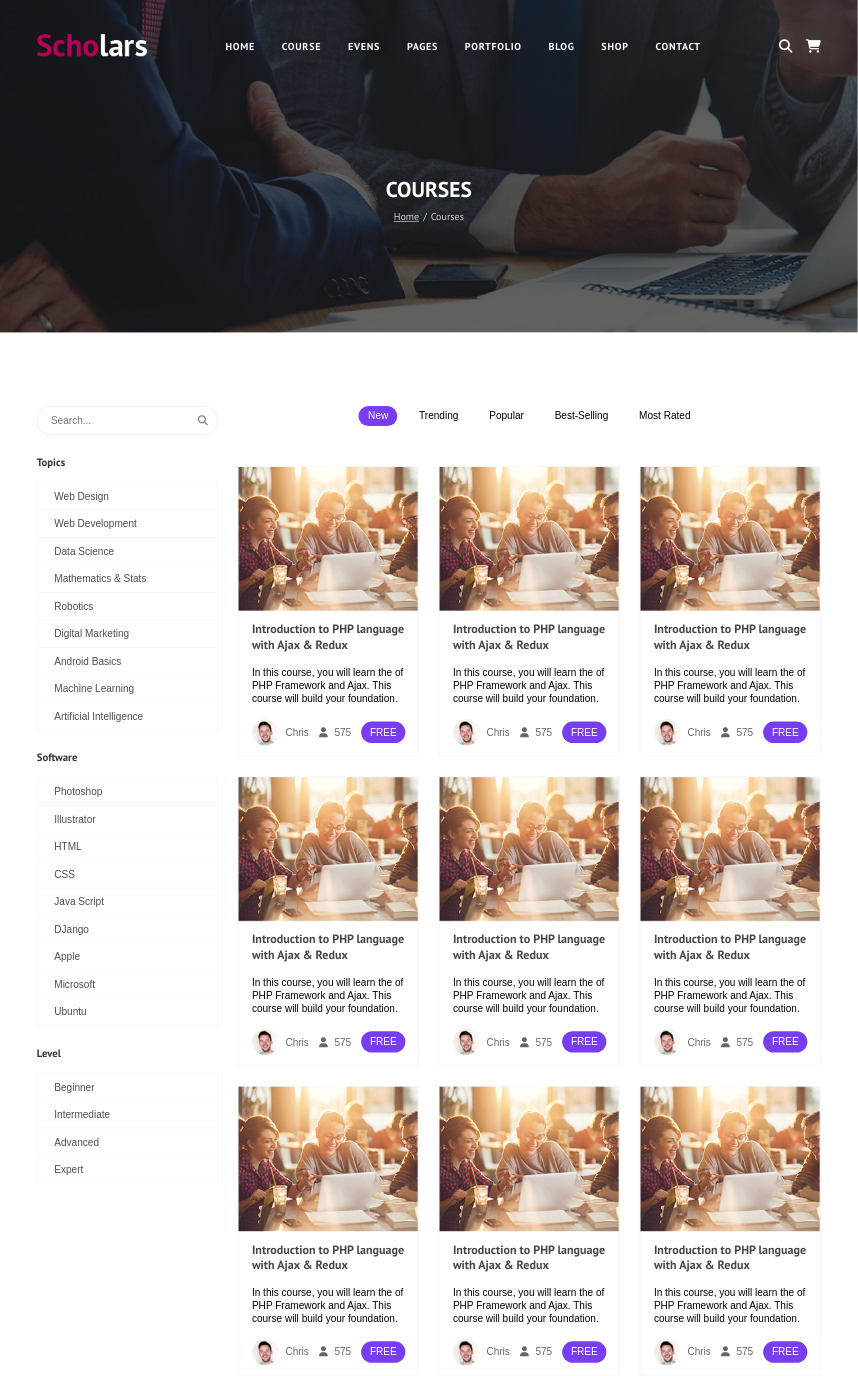
Repository: lannguyen1301/f8-zoom-day-7
Page: index.html
An editor plug-in stored every save of this project. The page is shown before and after the next save, followed by the edit.
The browser window is 1280 px wide. The pictures show the whole page, at 67% of full size.
Some web fonts or font styles are not loaded; a fallback is used.

Above is the page before, as saved 2025-04-25 13:16:32.

After the next save:
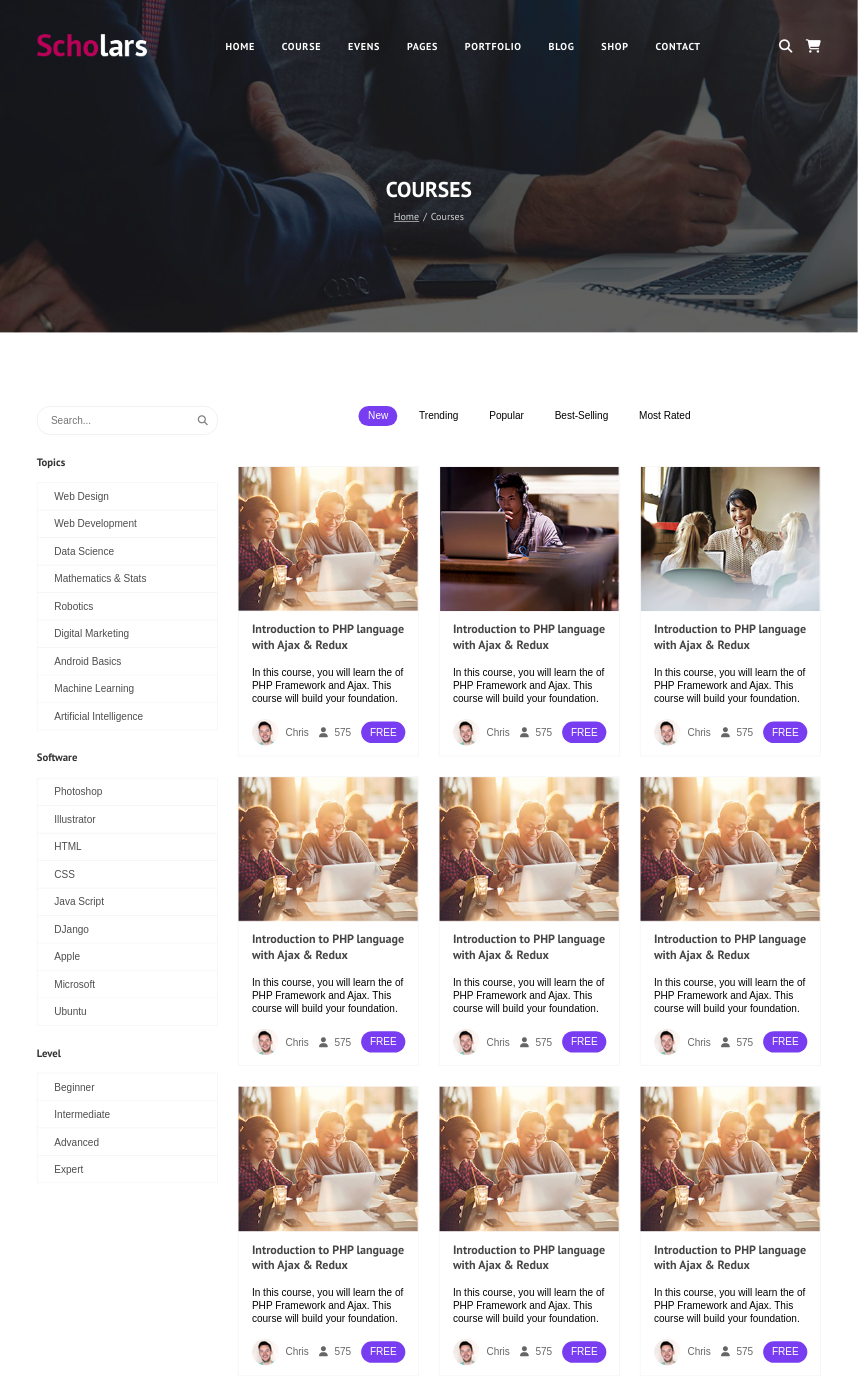
Saved 98 s later.
--- a/index.html
+++ b/index.html
@@ -254,7 +254,7 @@
                             <!-- Start courses item 2 -->
                             <div class="courses-item">
                                 <a href="#!" class="thumb-wrapper">
-                                    <img src="./assets/img/courses-img/course-1.jpg" alt="" class="course-thumb">
+                                    <img src="./assets/img/courses-img/course-2.jpg" alt="" class="course-thumb">
                                 </a>
                                 <div class="course-info">
                                     <h3 class="course-title">
@@ -283,7 +283,7 @@
                             <!-- Start courses item 3 -->
                             <div class="courses-item">
                                 <a href="#!" class="thumb-wrapper">
-                                    <img src="./assets/img/courses-img/course-1.jpg" alt="" class="course-thumb">
+                                    <img src="./assets/img/courses-img/course-3.jpg" alt="" class="course-thumb">
                                 </a>
                                 <div class="course-info">
                                     <h3 class="course-title">
